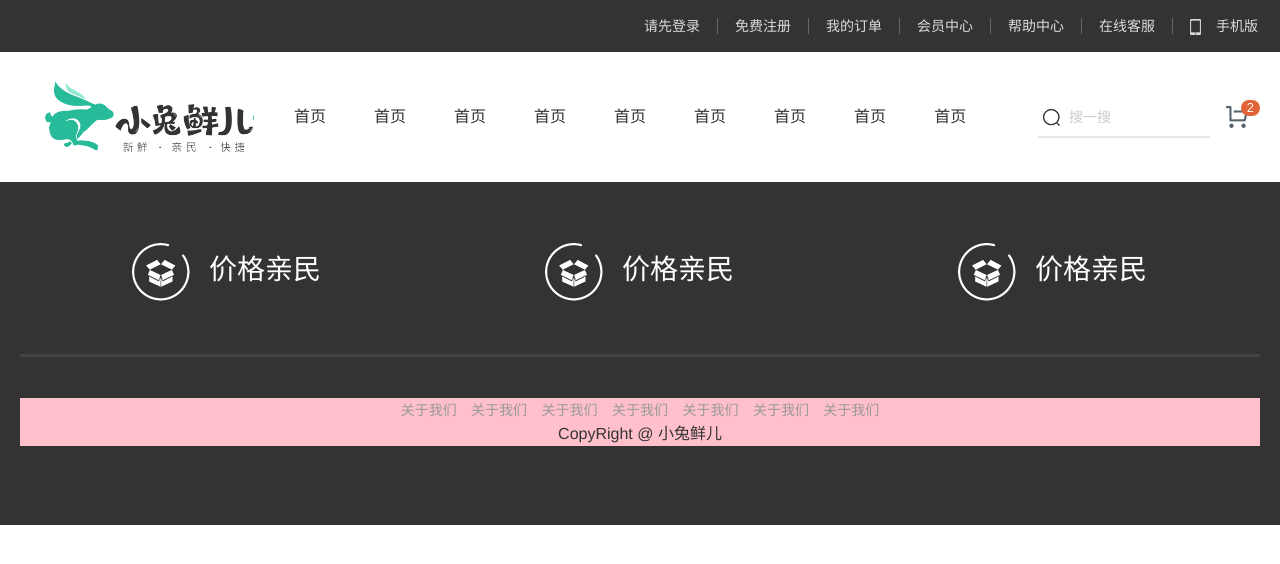
Repository: DengBiHua/xtx_pc_client
Page: index.html
An editor plug-in stored every save of this project. The page is shown before and after the next save, followed by the edit.
The browser window is 1280 px wide. The pictures show the whole page.

Above is the page before, as saved 2022-04-16 15:55:54.

After the next save:
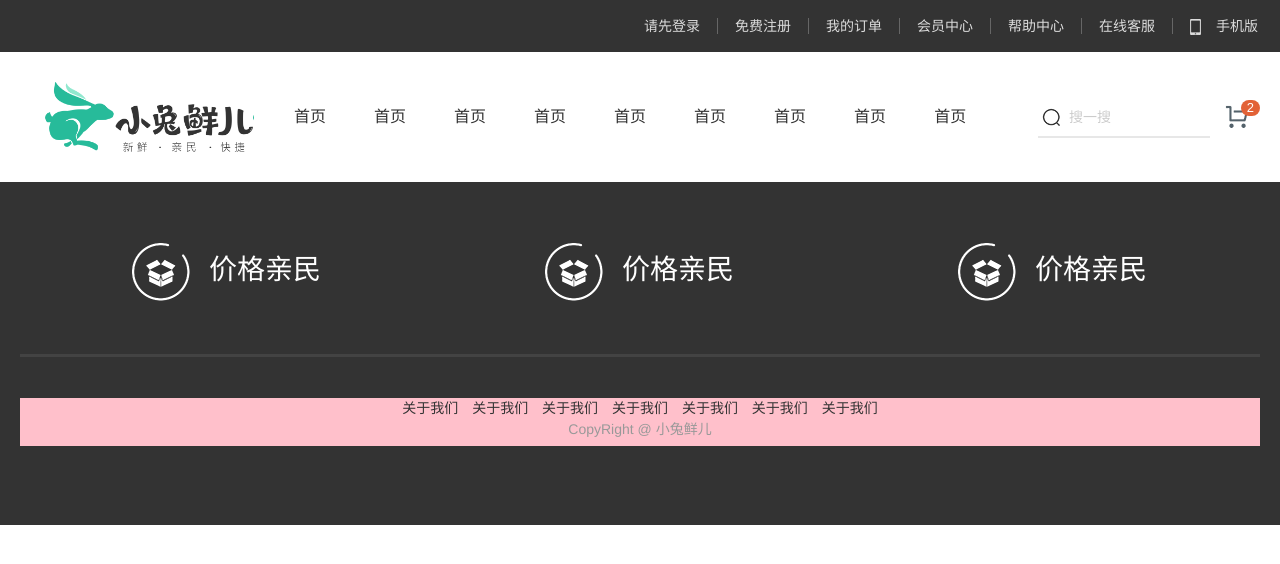
Saved 24 s later.
--- a/css/common.css
+++ b/css/common.css
@@ -175,10 +175,10 @@
     margin-top: 41px;
     background-color: pink;
     text-align: center;
+    font-size: 14px;
+    color: #999999;
 }
 
 .footer .bottom a {
     padding: 0 5px;
-    font-size: 14px;
-    color: #999999;
 }
